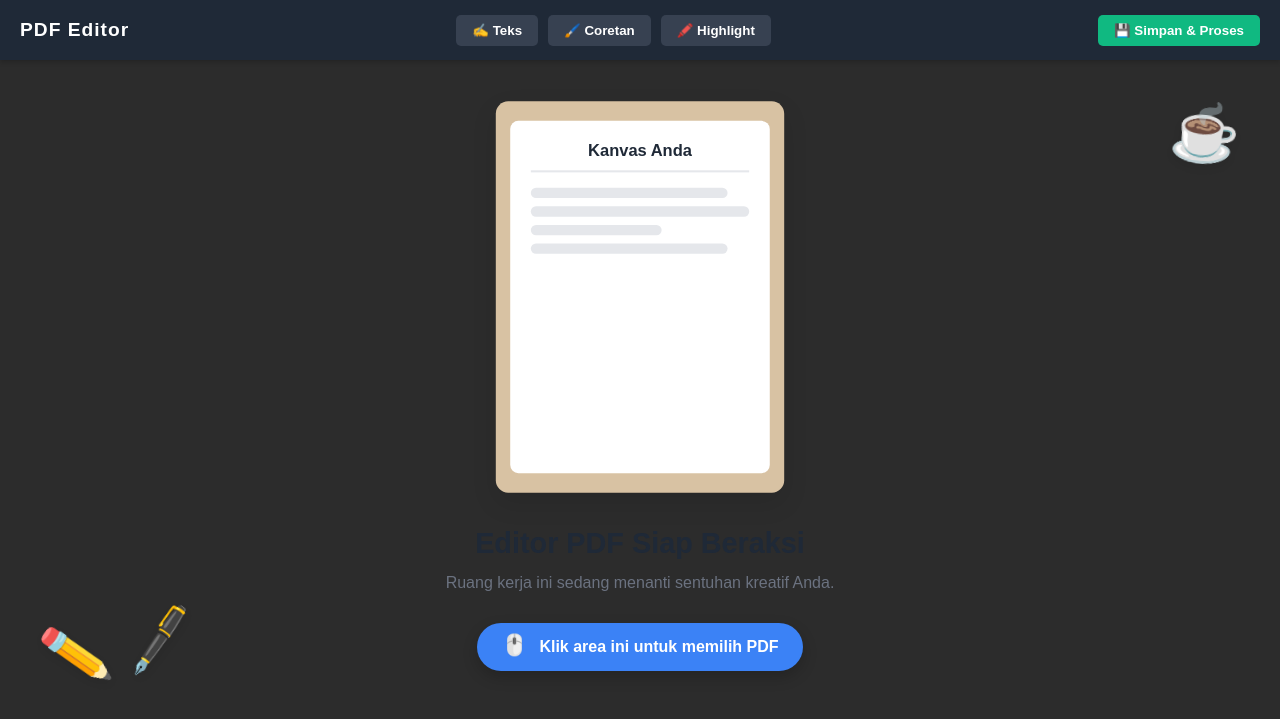
Repository: IkhsanMoekhtar/pdf_editor
Page: /
These files come from the project's save history. The page is drawn as it stood at one moment and after the next save; the edit follows.
The browser window is 1280 px wide. The pictures show the whole page.
The pointer rests on the first visible `.empty-state.desktop-scene`.
The project was rebuilt for these pictures with package versions that can differ from the ones it lists, and the page was loaded fresh each time. Also part of the build but not shown: vite.config.js.

Above is the page before, as saved 2026-03-18 04:55:41.

After the next save:
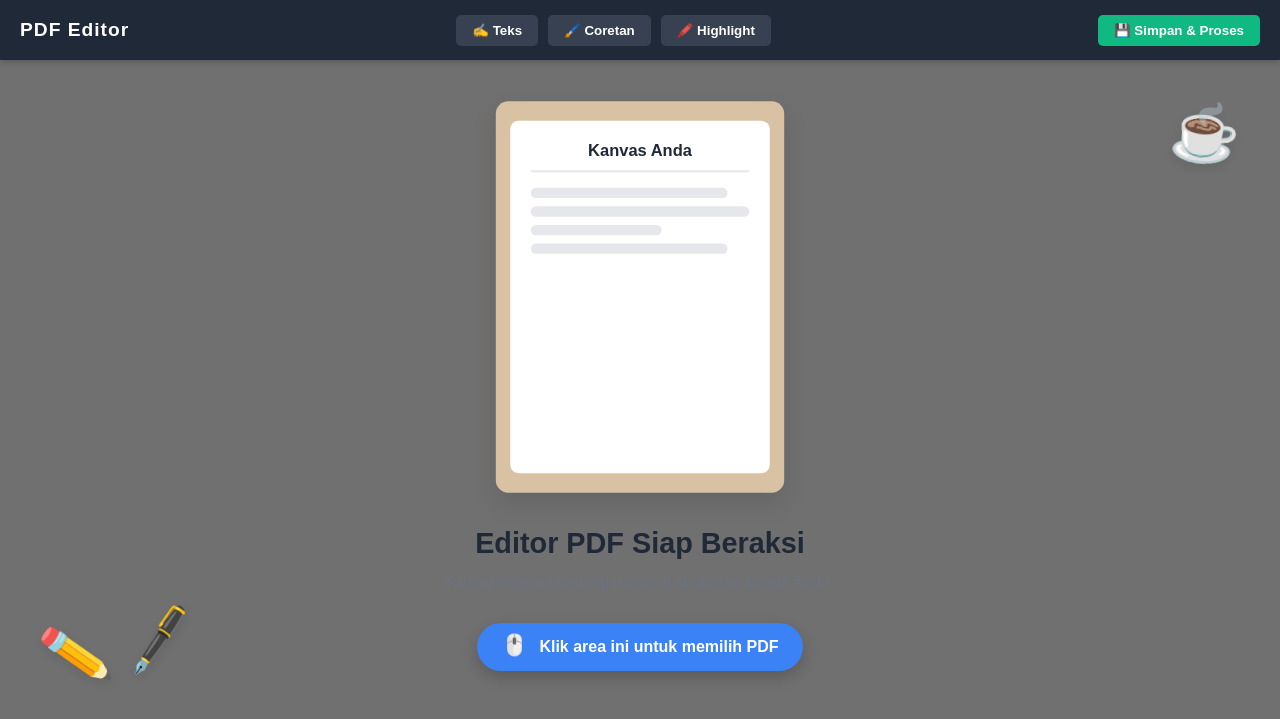
Saved 11 s later.
--- a/src/App.css
+++ b/src/App.css
@@ -74,7 +74,7 @@
 
 /* Sedikit penggelapan latar belakang saat area disorot mouse */
 .empty-state.desktop-scene:hover {
-  background-color: #2c2c2c;
+  background-color: #707070;
 }
 
 .clipboard {
